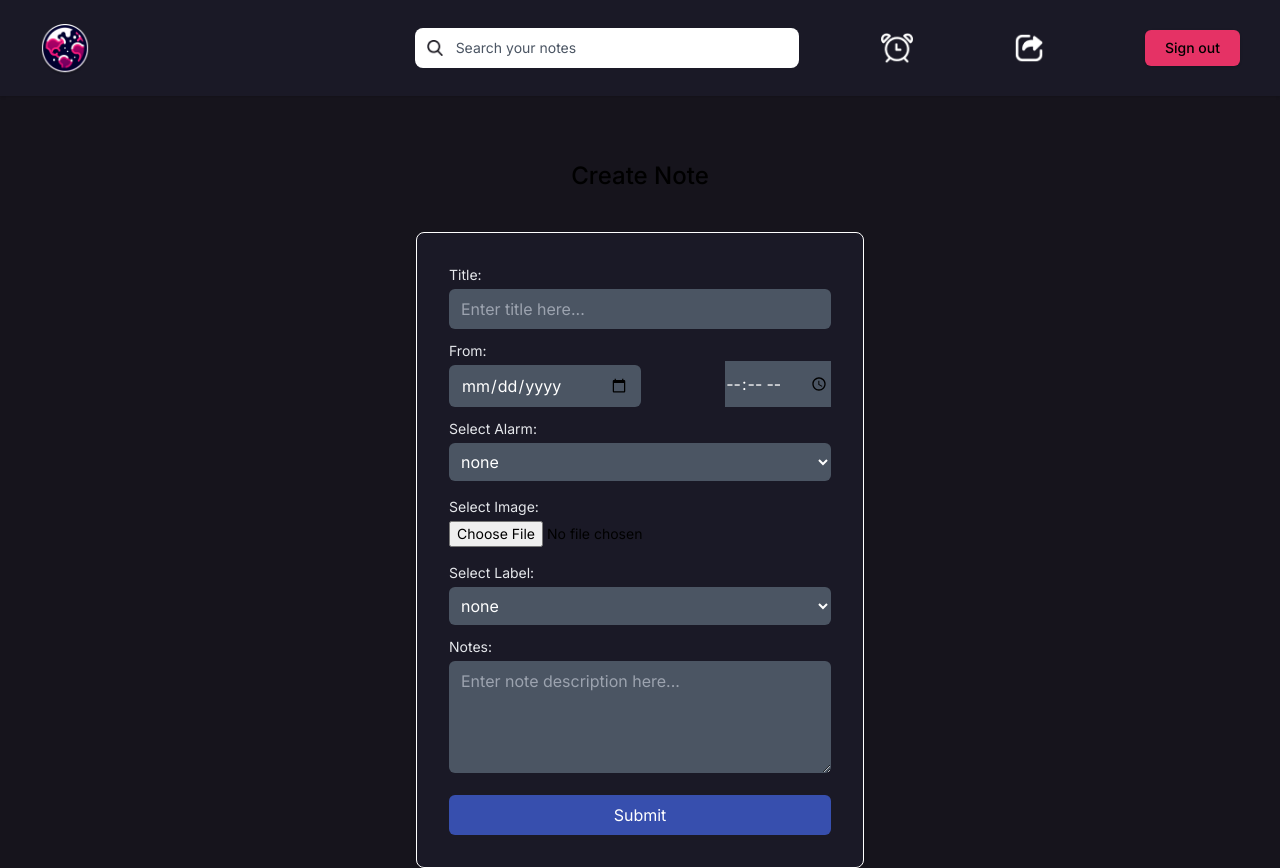
Repository: plan-it-earth/plan-it-earth
Page: /pages/calendar/createnote
An editor plug-in stored every save of this project. The page is shown before and after the next save, followed by the edit.
The browser window is 1280 px wide. The pictures show the whole page.
The project was rebuilt for these pictures with package versions that can differ from the ones it lists, and the page was loaded fresh each time. The framework's server and built-in components were replaced by stand-ins that run in the browser. Also part of the build but not shown: next.config.mjs.

Above is the page before, as saved 2024-04-18 19:11:53.

After the next save:
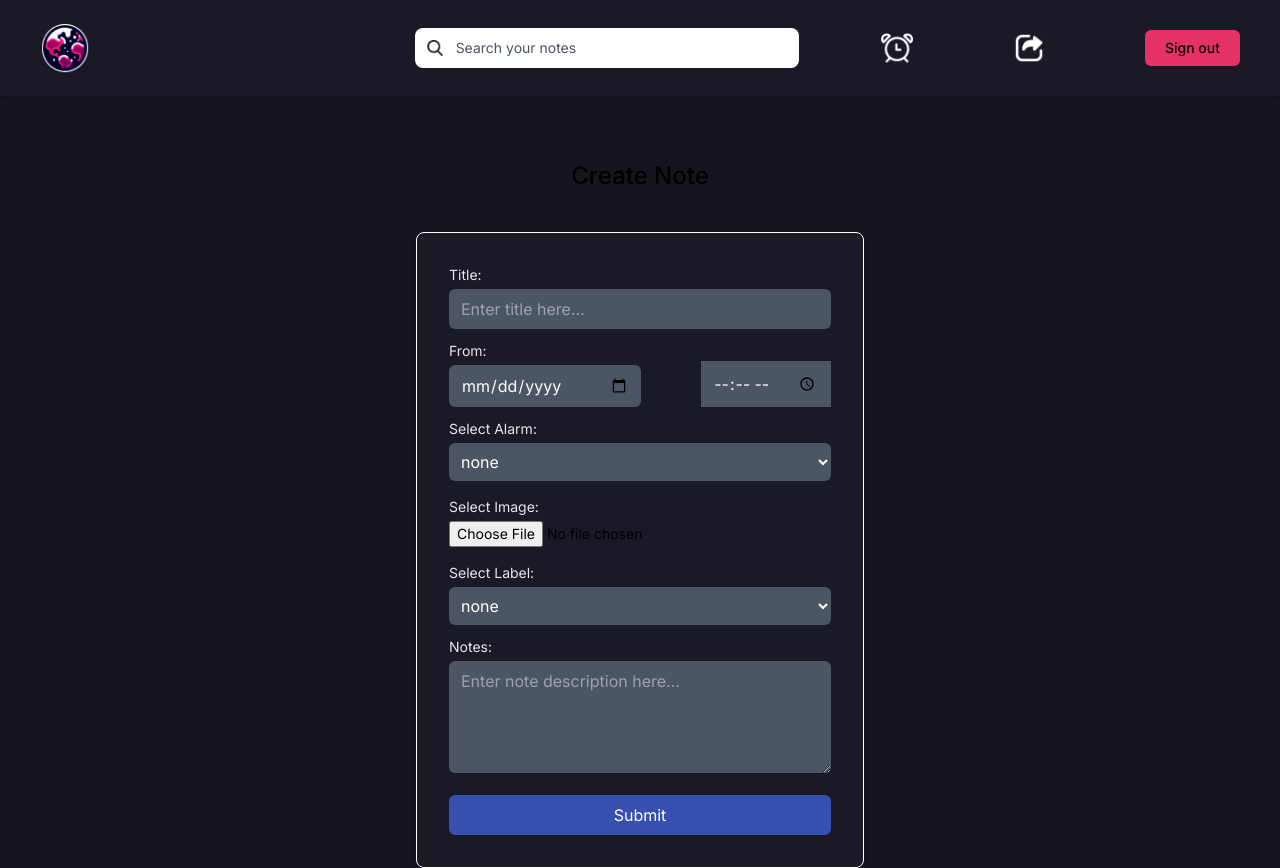
Saved 20 s later.
--- a/app/pages/calendar/createnote/page.jsx
+++ b/app/pages/calendar/createnote/page.jsx
@@ -147,7 +147,7 @@ export default function CreateNote() {
                         <label className="block text-sm font-normal mt-3 text-gray-200">From:</label>
                         <div className="flex flex-row justify-between">
                             <input type="date" id="date" name="date" required value={formData.date} onChange={handleDateChange} className="text-white bg-gray-600 mt-1 px-3 py-2 rounded-md w-48 dark focus:outline-none" />
-                            <input type="time" id="time" name="time" required value={time} onChange={handleTimeChange} className="text-white bg-gray-600" />
+                            <input type="time" id="time" name="time" required value={time} onChange={handleTimeChange} className="text-white bg-gray-600 px-3 py-2" />
                             {/*<input type="text" id="time" name="time" value={time} onChange={handleTimeChange} onBlur={validateTime} placeholder="12:00" className="text-white bg-gray-600 mt-1 px-3 py-2 rounded-md w-20 text-center focus:outline-none"/>
                             <select id="am/pm" className="text-white bg-gray-600 mt-1 p-2 rounded-md focus:outline-none">
                                 <option value="AM">AM</option>
